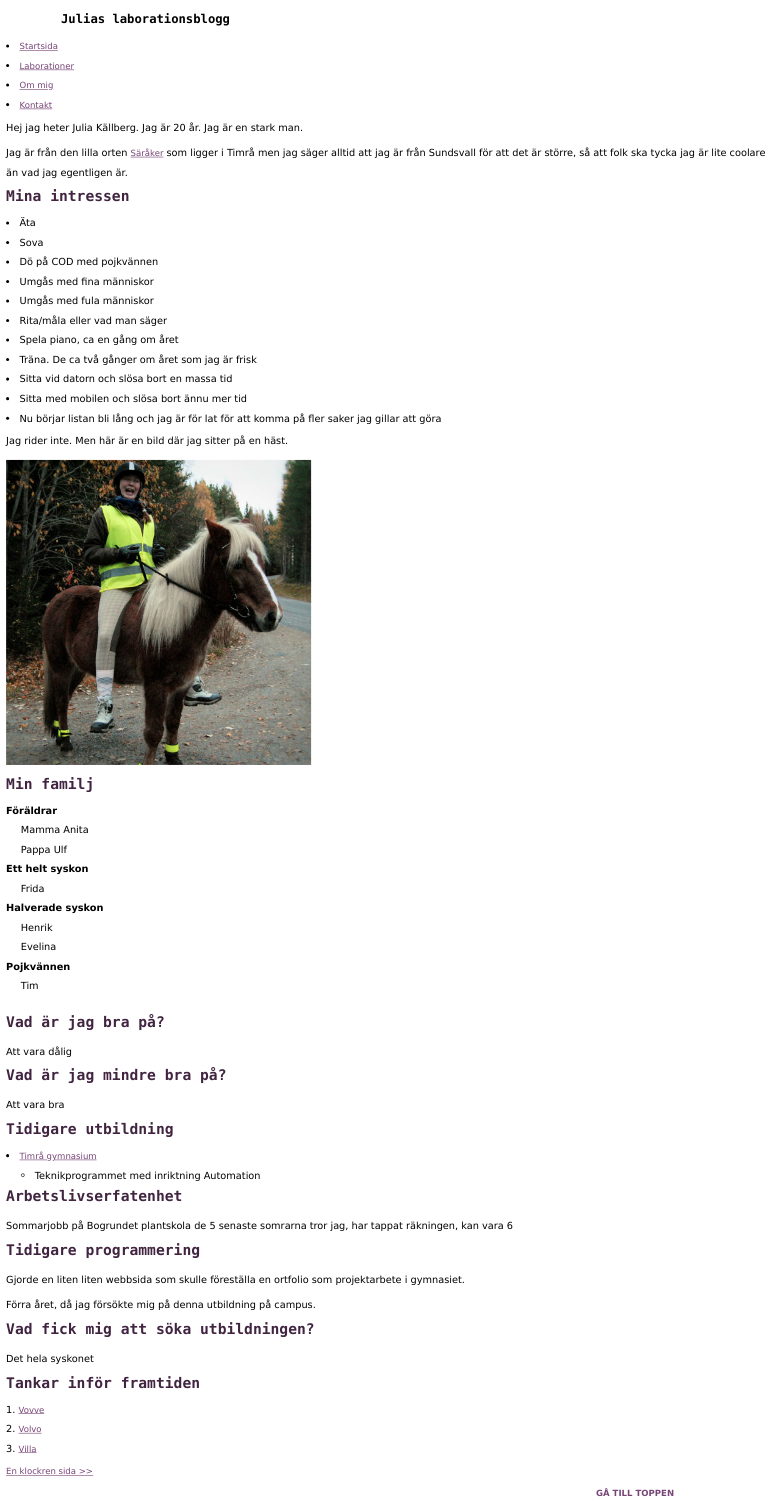
Repository: jk222rp/1ik415-laborationer-2014
Page: pages/presentation.html
The author's editor kept a record of every edit. The page is drawn from the files as they stood at one moment, then again after the next edit.
The browser window is 1280 px wide. The pictures show the whole page, at 61% of full size.

Above is the page before.

After the next edit:
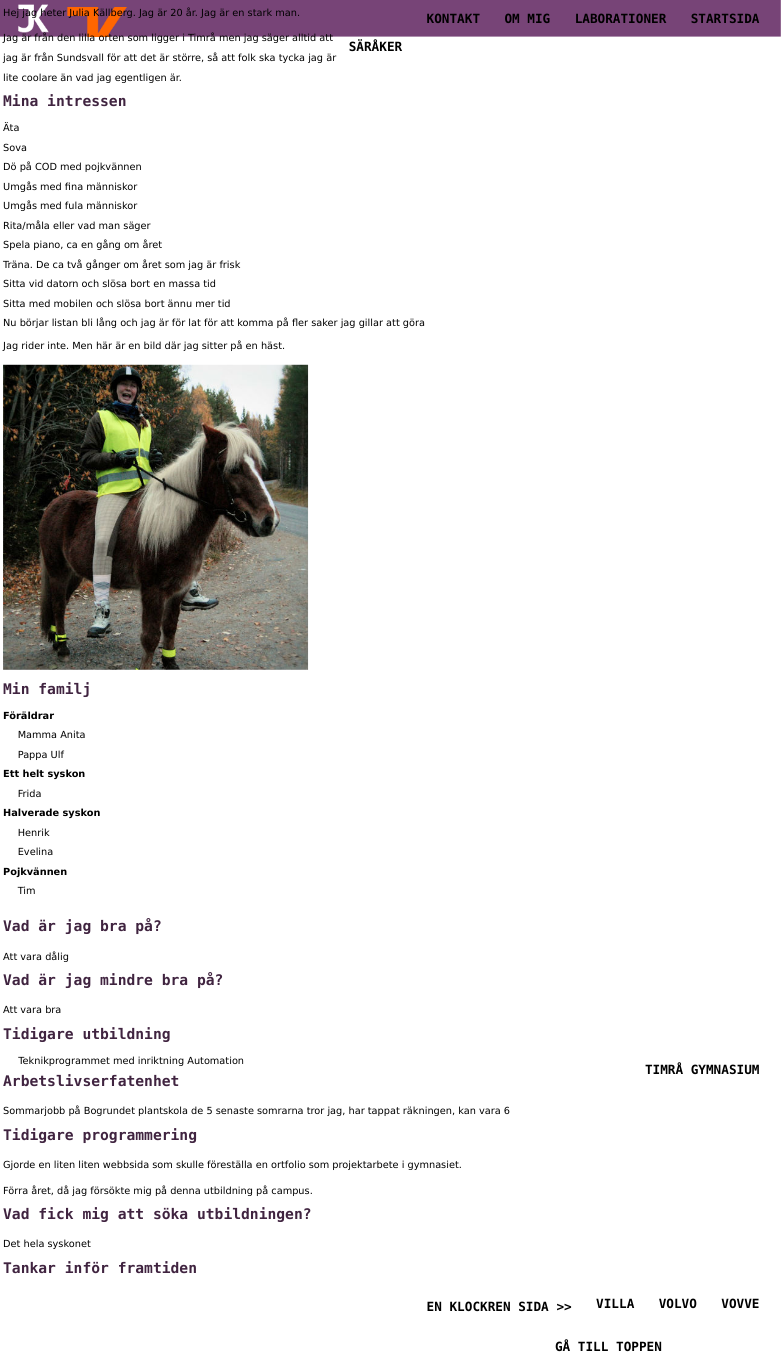
The edit:
--- a/pages/presentation.html
+++ b/pages/presentation.html
@@ -7,9 +7,14 @@
     </head>
 
     <body>
-        <h1>Julias laborationsblogg</h1>
+        <div id="container">
+
+        <div id="header">
+        <h1><img src="pics/logotyp.png" alt="" width="100px" height="97px"/>Julias laborationsblogg</h1>
+        </div>
 
 <!--Menu-->
+        <div id="nav">
         <ul>
             <li><a href="../index.html">Startsida</a></li>
             <li><a href="laborationer.html">Laborationer</a></li>
